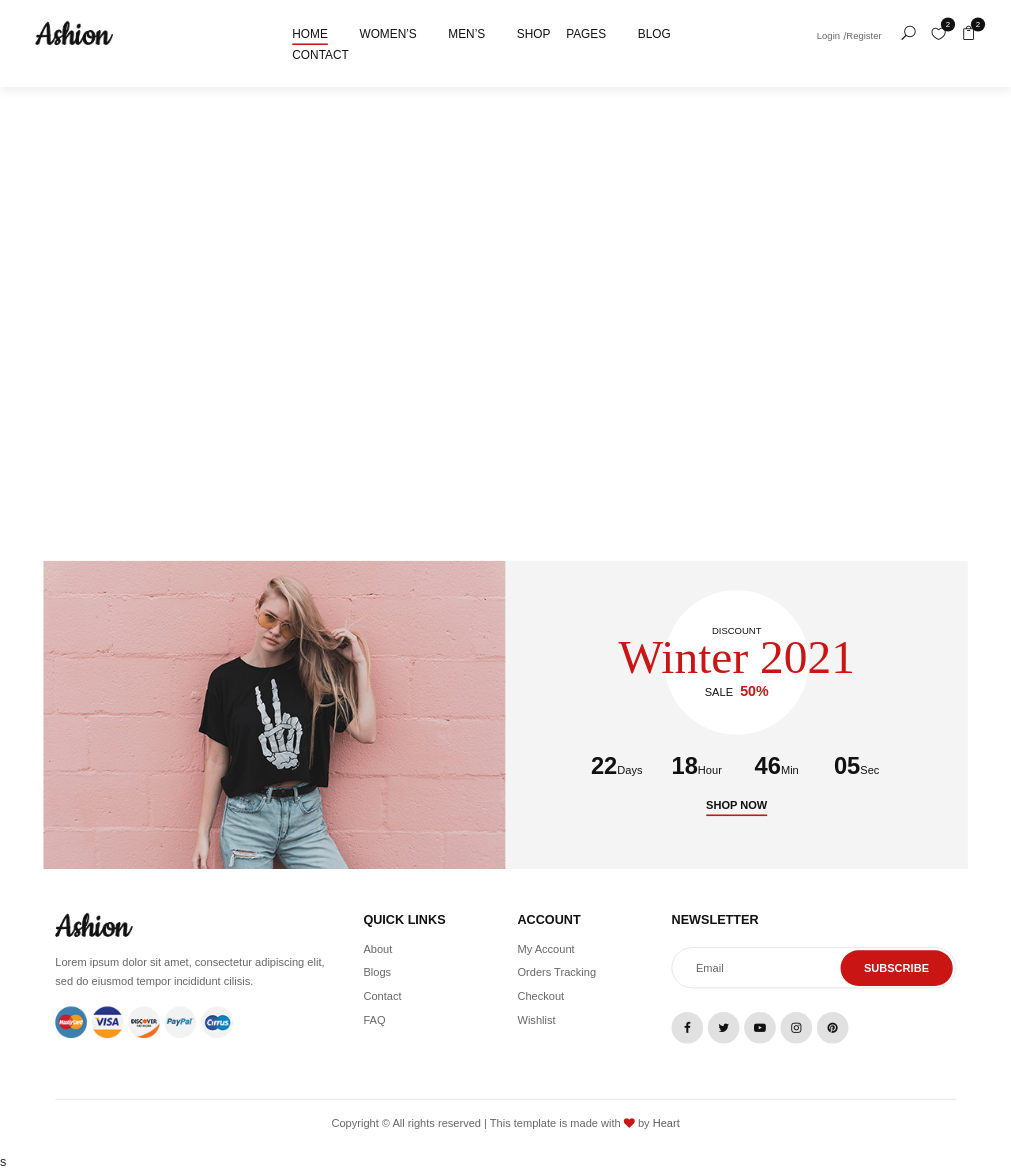
Repository: banchiec/shopping-fashion
Page: /
The author's editor kept a copy of each file at every save. The page is drawn from the files as they stood at one save, then again after the next save.
The browser window is 1280 px wide. The pictures show the whole page, at 79% of full size.
The project was rebuilt for these pictures with package versions that can differ from the ones it lists, and the page was loaded fresh each time. Also part of the build but not shown: src/App.css, src/pages/Shop/Shop.js, src/components/SmallShop/SmallShop.jsx.

Above is the page before, as saved 2023-07-15 16:19:52.

After the next save:
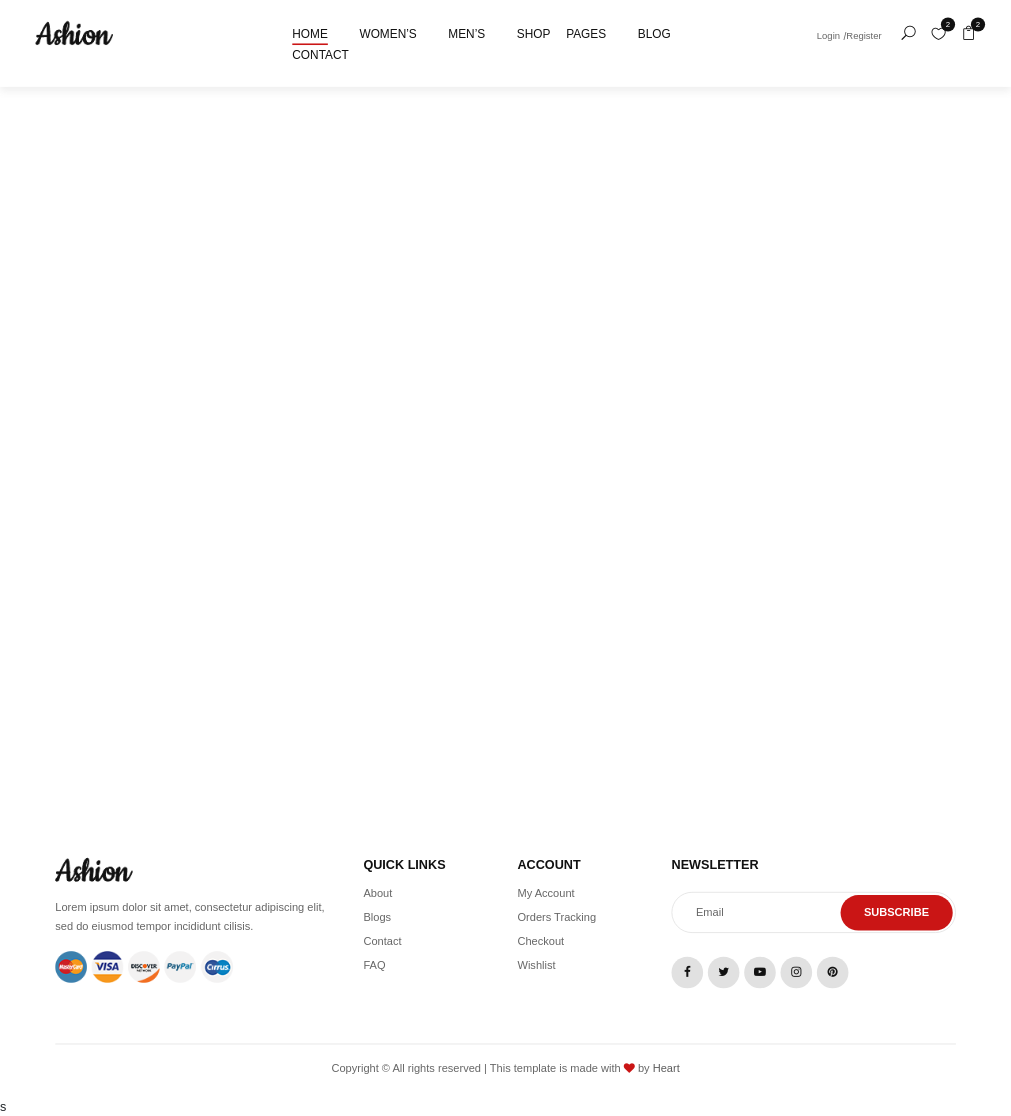
Saved 5 min 1 s later.
--- a/src/pages/Home/Home.js
+++ b/src/pages/Home/Home.js
@@ -8,8 +8,8 @@ const Home = () => {
 	return (
 		<>
 			<CarouselSection />
-			<DiscountsBanner />
-			{/* <SocialSection /> */}
+			{/* <DiscountsBanner /> */}
+			<SocialSection />
 			{/* <SmallShop /> */}
 			<Footer />s
 		</>
